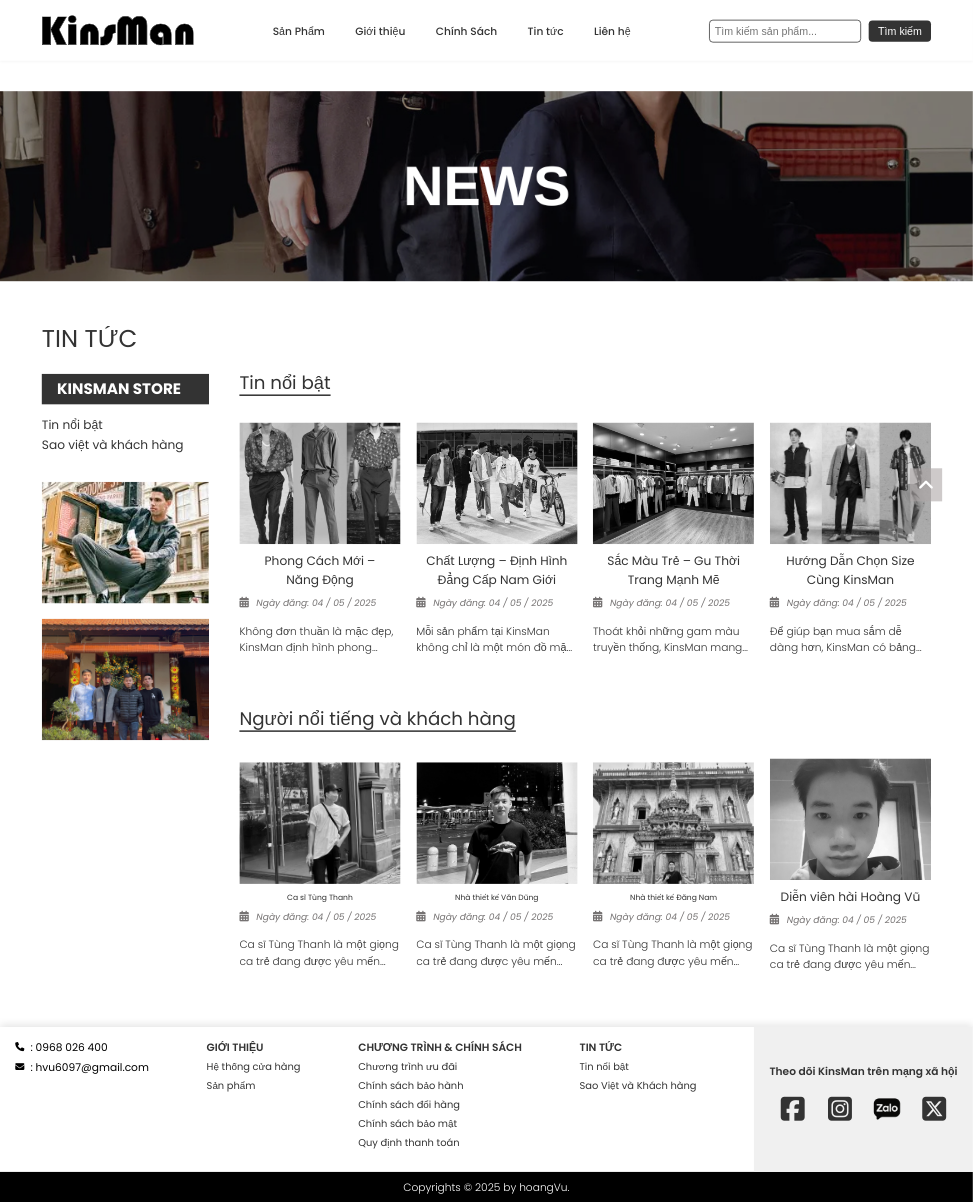
Repository: hoang28092000/kinsmanClothes
Page: category/news.html
An editor plug-in stored every save of this project. The page is shown before and after a run of saves, followed by the edit.
The browser window is 1280 px wide. The pictures show the whole page, at 76% of full size.

Above is the page before, as saved 2025-05-08 15:05:07.
Console error: TypeError: Cannot read properties of null (reading 'addEventListener')

### category/news.html
<!DOCTYPE html>
<html lang="en">
  <head>
    <meta charset="UTF-8" />
    <meta name="viewport" content="width=device-width, initial-scale=1.0" />
    <link rel="preconnect" href="https://fonts.googleapis.com" />
    <link rel="preconnect" href="https://fonts.gstatic.com" crossorigin />
    <link
      href="https://fonts.googleapis.com/css2?family=Poppins:ital,wght@0,100;0,200;0,300;0,400;0,500;0,600;0,700;0,800;0,900;1,100;1,200;1,300;1,400;1,500;1,600;1,700;1,800;1,900&display=swap"
      rel="stylesheet"
    />
    <link
      rel="stylesheet"
      href="https://cdnjs.cloudflare.com/ajax/libs/font-awesome/6.7.2/css/all.min.css"
      integrity="sha512-Evv84Mr4kqVGRNSgIGL/F/aIDqQb7xQ2vcrdIwxfjThSH8CSR7PBEakCr51Ck+w+/U6swU2Im1vVX0SVk9ABhg=="
      crossorigin="anonymous"
      referrerpolicy="no-referrer"
    />
    <link rel="stylesheet" href="../css/reset.css" />
    <link rel="stylesheet" href="../css/main.css" />
    <link rel="stylesheet" href="../css/product.css" />
    <title>KinsMan-Policy</title>
  </head>
  <body>
    <header class="header">
      <div class="container">
        <div class="content-header">
          <div class="logo">
            <a href="../index.html">
              <img
                src="../asset/logo/logo-kinsmann.svg"
                alt="KinsManClothes Logo"
              />
            </a>
          </div>
          <nav class="nav">
            <ul>
              <li><a href="./product.html">Sản Phẩm</a></li>
              <li><a href="./about-us.html">Giới thiệu</a></li>
              <li><a href="#">Chính Sách</a></li>
              <li><a href="./news.html">Tin tức</a></li>
              <li><a href="./contact.html">Liên hệ</a></li>
            </ul>
          </nav>
          <div class="search-box">
            <input type="text" placeholder="Tìm kiếm sản phẩm..." />
            <button type="submit">Tìm kiếm</button>
          </div>
        </div>
      </div>
    </header>

    <main class="main-news">
      <div class="banner-news">
        <img src="../asset/banner/banner-9.png" alt="" />
      </div>
      <div class="container">
        <h2 class="title-heading title-contact">TIN TỨC</h2>
        <div class="content-news">
          <div class="left">
            <h4>KINSMAN STORE</h4>
            <p>
              <a href="#featured-news">Tin nổi bật</a>
            </p>
            <p>
              <a href="#client">Sao việt và khách hàng</a>
            </p>
            <div class="mt40px">
              <div class="banner-left">
                <img src="../asset/image/md-1.jpg" alt="" />
              </div>
              <div class="banner-left">
                <img src="../asset/image/md-2.jpg" alt="" />
              </div>
            </div>
          </div>
          <div class="right">
            <div class="body-news" id="featured-news">
              <h3 class="blog-heading">Tin nổi bật</h3>
              <div class="list-news">
                <article class="card-news">
                  <a href="">
                    <div class="img-news">
                      <img src="../asset/image/news-4.png" alt="" />
                    </div>
                    <h3 class="name-news">
                      <a href=""> Phong Cách Mới – Năng Động </a>
                    </h3>
                  </a>
                  <div class="desc">
                    <div class="time-up">
                      <i class="fa-solid fa-calendar-days icon-time"></i>
                      <p class="desc-time">Ngày đăng: 04 / 05 / 2025</p>
                    </div>
                    <p class="desc_card-news">
                      Không đơn thuần là mặc đẹp, KinsMan định hình phong cách
                      mới cho nam giới hiện đại: trẻ trung, khỏe khoắn và luôn
                      sẵn sàng bứt phá. Từ áo thun basic đến sơ mi phối phá
                      cách, mọi thiết kế đều hướng tới sự năng động trong từng
                      chi tiết. Đặc biệt phù hợp với những chàng trai thích sự
                      đơn giản nhưng vẫn “ăn điểm” trước đám đông.
                    </p>
                  </div>
                </article>
                <article class="card-news">
                  <a href="">
                    <div class="img-news">
                      <img src="../asset/image/news-2.webp" alt="" />
                    </div>
                    <h3 class="name-news">
                      <a href=""> Chất Lượng – Định Hình Đẳng Cấp Nam Giới </a>
                    </h3>
                  </a>
                  <div class="desc">
                    <div class="time-up">
                      <i class="fa-solid fa-calendar-days icon-time"></i>
                      <p class="desc-time">Ngày đăng: 04 / 05 / 2025</p>
                    </div>
                    <p class="desc_card-news">
                      Mỗi sản phẩm tại KinsMan không chỉ là một món đồ mặc
                      ngoài, mà là một phần của giá trị cá nhân. Chất vải cao
                      cấp, form chuẩn và đường may tinh tế giúp tôn lên vóc dáng
                      nam tính. Đó là lý do vì sao KinsMan luôn được khách hàng
                      chọn mặt gửi vàng khi cần sự chỉn chu và đẳng cấp trong
                      từng set đồ – từ công sở đến tiệc tùng.
                    </p>
                  </div>
                </article>
                <article class="card-news">
                  <a href="">
                    <div class="img-news">
                      <img src="../asset/image/news-3.jpg" alt="" />
                    </div>
                    <h3 class="name-news">
                      <a href=""> Sắc Màu Trẻ – Gu Thời Trang Mạnh Mẽ </a>
                    </h3>
                  </a>
                  <div class="desc">
                    <div class="time-up">
                      <i class="fa-solid fa-calendar-days icon-time"></i>
                      <p class="desc-time">Ngày đăng: 04 / 05 / 2025</p>
                    </div>
                    <p class="desc_card-news">
                      Thoát khỏi những gam màu truyền thống, KinsMan mang đến bộ
                      sưu tập với tông màu hiện đại, trẻ trung nhưng không mất
                      đi vẻ mạnh mẽ. Từ xanh navy, beige, olive đến đen tuyền –
                      mỗi màu sắc đều phản ánh gu thẩm mỹ cá tính và phong cách
                      riêng của người mặc. Bạn muốn nổi bật nhưng không lố? Hãy
                      để sắc màu KinsMan giúp bạn làm điều đó.
                    </p>
                  </div>
                </article>
                <article class="card-news">
                  <a href="">
                    <div class="img-news">
                      <img src="../asset/image/news-1.jpeg" alt="" />
                    </div>
                    <h3 class="name-news">
                      <a href="">
                        Hướng Dẫn Chọn Size Cùng KinsMan
                      </a>
                    </h3>
                  </a>
                  <div class="desc">
                    <div class="time-up">
                      <i class="fa-solid fa-calendar-days icon-time"></i>
                      <p class="desc-time">Ngày đăng: 04 / 05 / 2025</p>
                    </div>
                    <p class="desc_card-news">
                      Để giúp bạn mua sắm dễ dàng hơn, KinsMan có bảng size
                      chuẩn quốc tế và đội ngũ hỗ trợ chọn size theo số đo cơ
                      thể. Chỉ cần biết chiều cao và cân nặng, bạn sẽ được tư
                      vấn ngay size phù hợp (S – M – L – XL...). Ngoài ra, nếu
                      không vừa, bạn có thể đổi size trong 7 ngày mà không mất
                      phí
                    </p>
                  </div>
                </article>
              </div>
            </div>
            <div class="body-news" id="client">
              <h3 class="blog-heading">Người nổi tiếng và khách hàng</h3>
              <div class="list-news">
                <article class="card-news">
                  <a href="">
                    <div class="img-news">
                      <img src="../asset/image/celep-1.jpg" alt="" />
                    </div>
                    <h3 class="name-news">Ca sĩ Tùng Thanh</h3>
                  </a>
                  <div class="desc">
                    <div class="time-up">
                      <i class="fa-solid fa-calendar-days icon-time"></i>
                      <p class="desc-time">Ngày đăng: 04 / 05 / 2025</p>
                    </div>
                    <p class="desc_card-news">
                        Ca sĩ Tùng Thanh là một giọng ca trẻ đang được yêu mến trong dòng nhạc dân ca Quan họ Bắc Ninh – một trong những di sản văn hóa phi vật thể của Việt Nam. Với chất giọng ngọt ngào, đầy cảm xúc và kỹ thuật xử lý tinh tế, Tùng Thanh không chỉ giữ được hồn cốt của Quan họ cổ truyền mà còn biết cách thổi vào đó hơi thở đương đại, mang đến cho khán giả cảm giác vừa quen thuộc, vừa mới lạ
                    </p>
                  </div>
                </article>
                <article class="card-news">
                  <a href="">
                    <div class="img-news">
                      <img src="../asset/image/celep-3.jpg" alt="" />
                    </div>
                    <h3 class="name-news">Nhà thiết kế Văn Dũng</h3>
                  </a>
                  <div class="desc">
                    <div class="time-up">
                      <i class="fa-solid fa-calendar-days icon-time"></i>
                      <p class="desc-time">Ngày đăng: 04 / 05 / 2025</p>
                    </div>
                    <p class="desc_card-news">
                        Ca sĩ Tùng Thanh là một giọng ca trẻ đang được yêu mến trong dòng nhạc dân ca Quan họ Bắc Ninh – một trong những di sản văn hóa phi vật thể của Việt Nam. Với chất giọng ngọt ngào, đầy cảm xúc và kỹ thuật xử lý tinh tế, Tùng Thanh không chỉ giữ được hồn cốt của Quan họ cổ truyền mà còn biết cách thổi vào đó hơi thở đương đại, mang đến cho khán giả cảm giác vừa quen thuộc, vừa mới lạ
                    </p>
                  </div>
                </article>
                <article class="card-news">
                  <a href="">
                    <div class="img-news">
                      <img src="../asset/image/celep-5.jpg" alt="" />
                    </div>
                    <h3 class="name-news">Nhà thiết kế Đăng Nam</h3>
                  </a>
                  <div class="desc">
                    <div class="time-up">
                      <i class="fa-solid fa-calendar-days icon-time"></i>
                      <p class="desc-time">Ngày đăng: 04 / 05 / 2025</p>
                    </div>
                    <p class="desc_card-news">
                        Ca sĩ Tùng Thanh là một giọng ca trẻ đang được yêu mến trong dòng nhạc dân ca Quan họ Bắc Ninh – một trong những di sản văn hóa phi vật thể của Việt Nam. Với chất giọng ngọt ngào, đầy cảm xúc và kỹ thuật xử lý tinh tế, Tùng Thanh không chỉ giữ được hồn cốt của Quan họ cổ truyền mà còn biết cách thổi vào đó hơi thở đương đại, mang đến cho khán giả cảm giác vừa quen thuộc, vừa mới lạ
                    </p>
                  </div>
                </article>
                <article class="card-news">
                  <a href="">
                    <div class="img-news">
                      <img src="../asset/image/celep-7.jpg" alt="" />
                    </div>
                    <h3 class="name-news"><a href=""> Diễn viên hài Hoàng Vũ </a></h3>
                  </a>
                  <div class="desc">
                    <div class="time-up">
                      <i class="fa-solid fa-calendar-days icon-time"></i>
                      <p class="desc-time">Ngày đăng: 04 / 05 / 2025</p>
                    </div>
                    <p class="desc_card-news">
                        Ca sĩ Tùng Thanh là một giọng ca trẻ đang được yêu mến trong dòng nhạc dân ca Quan họ Bắc Ninh – một trong những di sản văn hóa phi vật thể của Việt Nam. Với chất giọng ngọt ngào, đầy cảm xúc và kỹ thuật xử lý tinh tế, Tùng Thanh không chỉ giữ được hồn cốt của Quan họ cổ truyền mà còn biết cách thổi vào đó hơi thở đương đại, mang đến cho khán giả cảm giác vừa quen thuộc, vừa mới lạ
                    </p>
                  </div>
                </article>
              </div>
            </div>
          </div>
        </div>
      </div>
    </main>
    <footer class="footer">
      <div class="content-footer">
        <ul class="info-footer">
          <li class="contact-footer">
            <i class="fa-solid fa-phone icon-footer"></i>
            <p>: 0968 026 400</p>
          </li>
          <li class="contact-footer">
            <i class="fa-solid fa-envelope icon-footer"></i>
            <p>: hvu6097@gmail.com</p>
          </li>
        </ul>
        <ul class="info-footer">
          <li class="title-footer">GIỚI THIỆU</li>
          <li>
            <a href="./about-us.html"> Hệ thống cửa hàng </a>
          </li>
          <li>
            <a href="#"> Sản phẩm </a>
          </li>
        </ul>
        <ul class="info-footer">
          <li class="title-footer">CHƯƠNG TRÌNH & CHÍNH SÁCH</li>
          <li>
            <a href="./policy.html">Chương trình ưu đãi</a>
          </li>
          <li>
            <a href="./policy.html">Chính sách bảo hành</a>
          </li>
          <li>
            <a href="./policy.html">Chính sách đổi hàng</a>
          </li>
          <li>
            <a href="./policy.html">Chính sách bảo mật</a>
          </li>
          <li>
            <a href="./policy.html">Quy định thanh toán</a>
          </li>
        </ul>
        <ul class="info-footer">
          <li class="title-footer">TIN TỨC</li>
          <li>
            <a href="./news.html">Tin nổi bật</a>
          </li>
          <li>
            <a href="./news.html">Sao Việt và Khách hàng</a>
          </li>
        </ul>
        <ul class="footer-social">
          <li class="title-footer">Theo dõi KinsMan trên mạng xã hội</li>
          <li class="links-social">
            <a href="https://www.facebook.com/profile.php?id=100008725181742">
              <i class="fa-brands fa-square-facebook icon-social"></i>
            </a>
            <a href="https://www.instagram.com/hoagkins/"
              ><i class="fa-brands fa-square-instagram icon-social"></i
            ></a>
            <a href="zalo.me/0968026400"
              ><img
                src="../asset/icon/icon-zalo2.png"
                class="img-zalo"
                alt="ZALO"
            /></a>
            <a href="https://x.com/kinsman2809"
              ><i class="fa-brands fa-square-x-twitter icon-social"></i
            ></a>
          </li>
        </ul>
      </div>
      <div class="copy_right">
        <h3>Copyrights © 2025 by hoangVu.</h3>
      </div>
    </footer>

    <div class="up-page">
      <a href="#"><i class="fa-solid fa-angle-up icon-up"></i></a>
    </div>

    <script src="./js/main.js"></script>
  </body>
</html>

### css/product.css
.main-product {
  margin-top: 80px;
}
.banner-product {
  width: 100%;
  height: 250px;
}
.banner-product img {
  width: 100%;
  height: 100%;
}
.category-product {
  margin-bottom: 70px;
}

.list-product {
  display: flex;
  justify-content: space-between;
  align-items: center;
  gap: 30px;
}
.product-link {
  text-decoration: none;
}
.product-card {
  width: 288px;
}
.img-product {
  width: 100%;
  height: 290px;
  overflow: hidden;
}
.img-product img {
  width: 100%;
  height: 100%;
  transition: transform 0.3s ease;
}
.img-product img:hover {
  transform: scale(1.1);
}
.info-card {
  padding: 10px 20px;
}
.info-card h3 {
  text-align: center;
  font-size: 1.6rem;
  color: var(--text-color);
}
.price {
  font-size: 1.4rem;
  color: var(--primary-color);
  font-weight: 600;
  text-align: center;
  margin-top: 8px;
}
.more-product {
  width: 160px;
  height: 40px;
  display: flex;
  justify-content: center;
  align-items: center;
  margin: 30px auto 0;
  background-color: #333;
  color: #fff;
  text-decoration: none;
  font-size: 1.4rem;
  border: 1px solid #333;
  transition: all 0.7s ease;
  border-radius: 5px;
}
.more-product:hover {
  background-color: #fff;
  color: #333;
}
.banner-main_second {
  width: 100%;
  height: 250px;
}

.banner-main_second img {
  width: 100%;
  height: 100%;
}

/* main_about-us */
.main-news,
.main-contact,
.main-policy,
.main_about-us {
  margin-top: 120px;
}
.content-policy .passage,
.content_about-us .passage {
  margin-bottom: 32px;
}
.content-policy h3,
.content_about-us h3 {
  font-size: 1.8rem;
  font-weight: 500;
  color: var(--text-color);
  line-height: 1.76;
  margin-bottom: 12px;
}
.content-policy p,
.content_about-us p {
  font-size: 1.6rem;
  color: #333;
  line-height: 1.85;
  margin-bottom: 10px;
  text-align: justify;
}

.map {
  position: relative;
  width: 100%;
  height: 400px;
  margin-top: 40px;
}
.map a {
  text-decoration: none;
}
.map img {
  width: 100%;
  height: 100%;
  object-fit: cover;
}
.overlay-map {
  position: absolute;
  top: 0;
  bottom: 0;
  right: 0;
  left: 0;
  display: none;
  background-color: rgba(73, 71, 71, 0.4);
}
.overlay-map h3 {
  font-size: 2.8rem;
  color: #fff;
}

.map:hover .overlay-map {
  display: flex;
  justify-content: center;
  align-items: center;
}

/* policy */
.content-policy ul {
  padding-left: 30px;
  list-style-type: disc;
}
.content-policy li {
  font-size: 1.6rem;
  color: #333;
  margin-bottom: 16px;
}
/* contact */
.banner-contact {
  width: 100%;
  height: 250px;
}
.banner-contact img {
  width: 100%;
  height: 100%;
  object-fit: cover;
}
.content-contact {
  margin-top: 70px;
}
.info-contact {
  display: flex;
  justify-content: space-between;
  align-items: center;
  gap: 60px;
}
.info-contact .left,
.info-contact .right {
  width: 550px;
}
.info-contact .left {
  padding: 20px 0;
}
.item-contact {
  display: flex;
  align-items: center;
  gap: 10px;
  margin-bottom: 20px;
}
.item-contact:last-child {
  margin-bottom: 0;
}
.item-contact i {
  font-size: 1.6rem;
  color: #333;
}
.item-contact p {
  font-size: 1.6rem;
  font-weight: 300;
  color: #333;
}

.info-contact .right img {
  width: 100%;
}
.map-contact {
  height: 250px;
}
.title-contact {
  text-align: start;
  margin-bottom: 30px;
}

/* news */
.banner-news {
  width: 100%;
  height: 250px;
  margin-bottom: 60px;
}
.banner-news img {
  width: 100%;
  height: 100%;
  object-fit: cover;
}
.content-news {
  display: flex;
  justify-content: space-between;
}
.content-news .left {
  width: 220px;
}

.content-news .left h4 {
  width: 100%;
  font-size: 2rem;
  color: #fff;
  font-weight: 700;
  background-color: #333;
  padding: 10px 20px;
  margin-bottom: 20px;
}

.content-news .left p{
  margin-bottom: 10px;
}
.content-news .left a {
  text-decoration: none;
  font-size: 1.6rem;
  color: #333;
}
.content-news .left a:hover {
  text-decoration: underline;
}

.content-news .right {
  flex: 1;
  margin-left: 40px;
}
.blog-heading {
  font-size: 2.4rem;
  color: #333;
  text-decoration: underline;
  text-underline-offset: 7px;
  text-decoration-thickness: 2px;
  margin-bottom: 40px;
}
.list-news {
  display: grid;
  grid-template-columns: repeat(4, 212px);
  gap: 20px;
}
.list-news .card-news {
  width: 100%;
}

.list-news .img-news {
  width: 100%;
  height: 160px;
  overflow: hidden;
}
.list-news .img-news img {
  width: 100%;
  height: 100%;
  object-fit: cover;
  transition: transform 0.3s ease;
}
.list-news .img-news img:hover {
  transform: scale(1.1);
}
.name-news {
  text-align: center;
  padding: 10px;
  line-height: 1.57;
}
.name-news a {
  font-size: 1.6rem;
  color: #333;
  text-decoration: none;
}

.name-news a:hover {
  color: var(--primary-color);
}
.time-up {
  display: flex;
  align-items: center;
  gap: 10px;
  margin-bottom: 20px;
}
.icon-time {
  font-size: 1.4rem;
  color: #757272;
}
.desc-time {
  font-style: italic;
  color: #757272;
  font-size: 1.2rem;
}
.desc_card-news {
  display: -webkit-box;
  -webkit-line-clamp: 2;
  -webkit-box-orient: vertical;
  overflow: hidden;
  text-overflow: ellipsis;
  font-size: 1.4rem;
  color: #333;
  font-weight: 300;
  line-height: 1.57;
}

#client{
  margin-top: 70px;
}
.content-news .banner-left{
  width: 100%;
  height: 160px;
  overflow: hidden;
  margin-bottom: 20px;
}

.content-news .banner-left img{
  width: 100%;
  height: 100%;
  object-fit: cover;
  transition: transform 0.3s ease;
}
.content-news .banner-left img:hover{
  transform: scale(1.1);
}
.mt40px{
  margin-top: 40px;
}

Loaded but not shown: css/reset.css (common file); js/main.js (19 lines, source omitted); css/main.css (480 lines, source omitted)

After the next 2 saves:
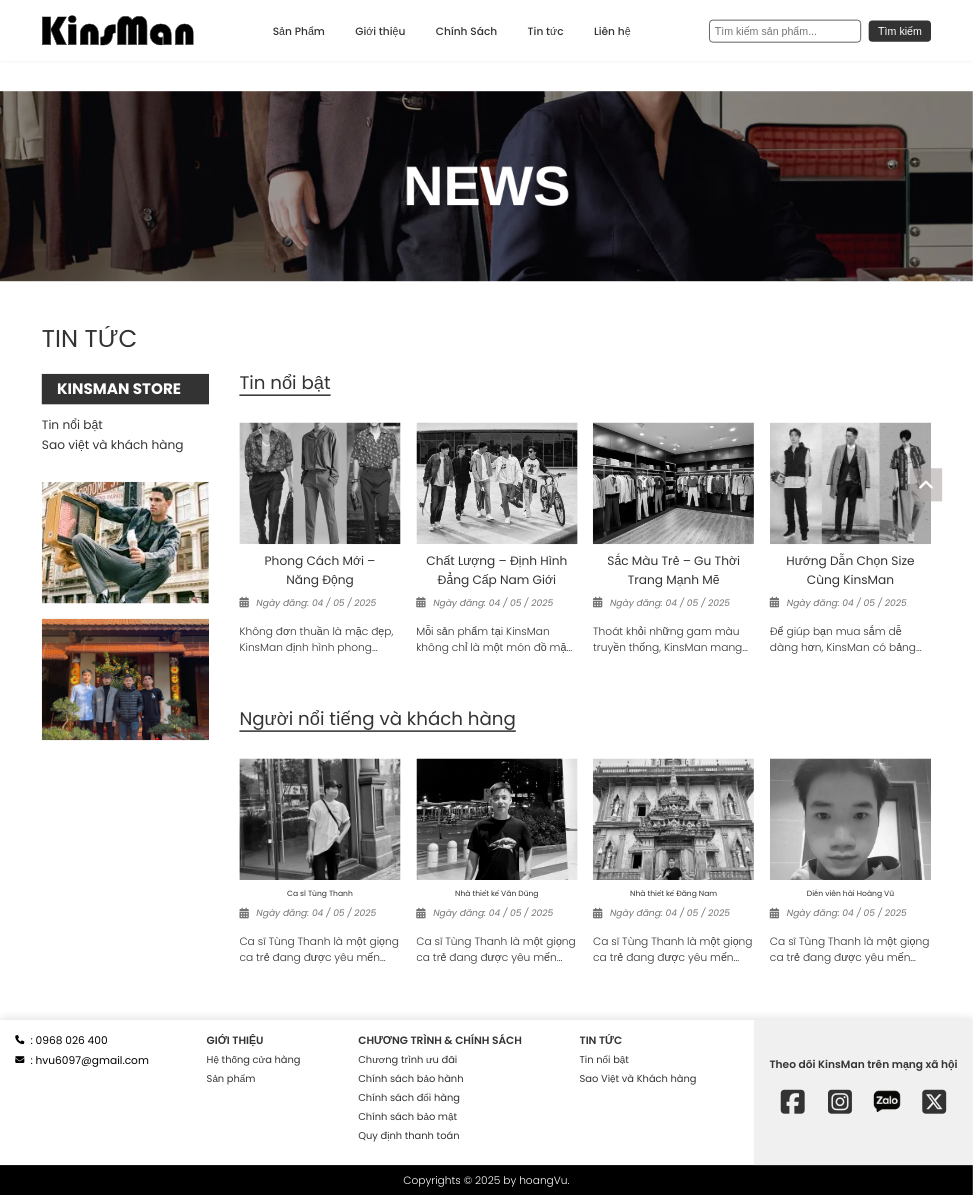
The 2 saves are shown as one change because they came seconds apart.
The last was saved 14 s later.
--- a/category/news.html
+++ b/category/news.html
@@ -237,7 +237,7 @@
                     <div class="img-news">
                       <img src="../asset/image/celep-7.jpg" alt="" />
                     </div>
-                    <h3 class="name-news"><a href=""> Diễn viên hài Hoàng Vũ </a></h3>
+                    <h3 class="name-news">Diễn viên hài Hoàng Vũ</h3>
                   </a>
                   <div class="desc">
                     <div class="time-up">
